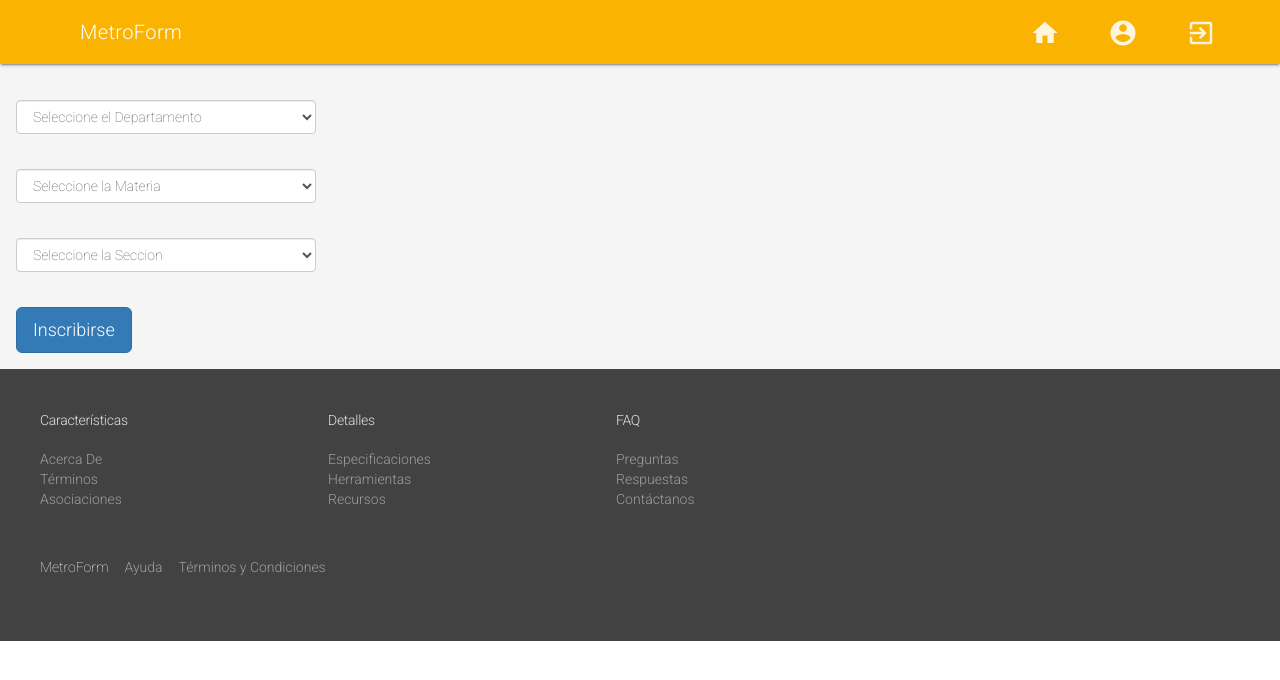
Repository: rodolfofranco/Metroform
Page: Vistas/Inscripcion.html
The author's editor kept a record of every edit. The page is drawn from the files as they stood at one moment, then again after the next edit.
The browser window is 1280 px wide. The pictures show the whole page.
The page's requests for data from a server got no answer. Some web libraries are served in a nearby version.

Above is the page before.
Console error (its wording comes from the project's code and is left out).

After the next edit:
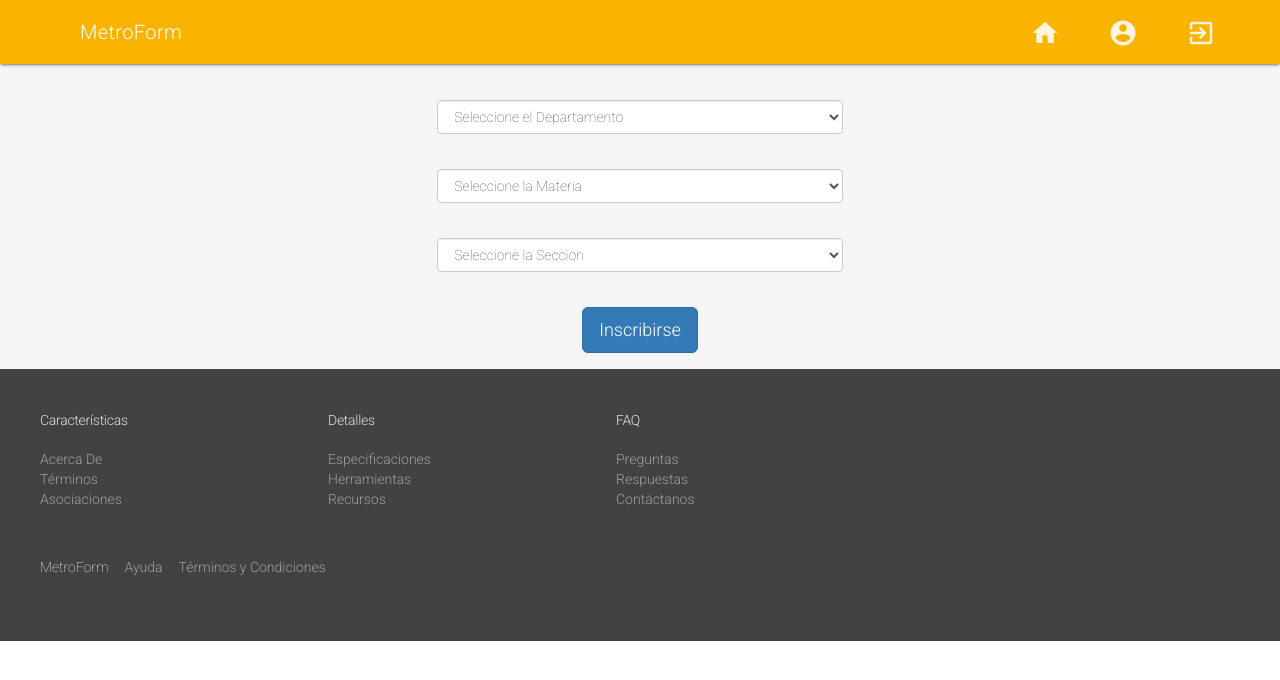
The edit:
--- a/Vistas/Inscripcion.html
+++ b/Vistas/Inscripcion.html
@@ -63,7 +63,9 @@
     <div class="page-content" style="background-color:#f5f5f5">
       <br>
       <div class="mdl-grid">
-        <div class="mdl-cell mdl-cell--3-col">
+        <div class="mdl-cell mdl-cell--4-col center-text text-center"></div>
+
+        <div class="mdl-cell mdl-cell--4-col center-text text-center">
 
           <form id="form" action="https://metroform-aleguerrero.c9users.io/Inscripcion" method="POST">
           <div class="form-group">
